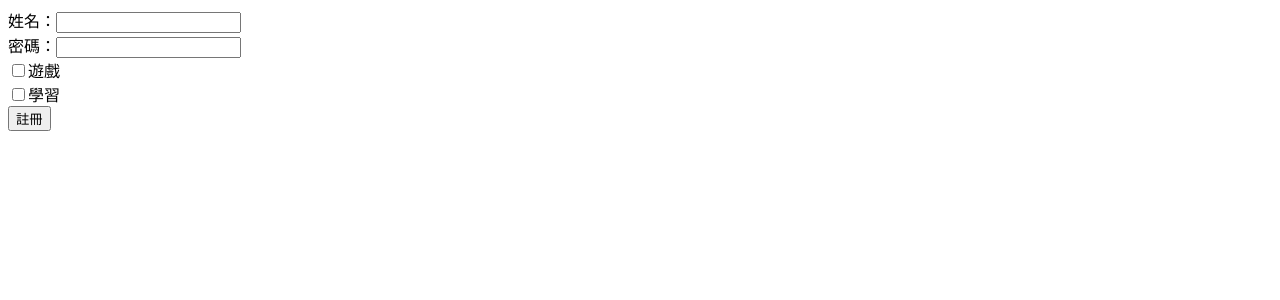
Repository: sc1314520/oce-test
Page: EE/src/main/webapp/html/register2.html
An editor plug-in stored every save of this project. The page is shown before and after the next save, followed by the edit.
The browser window is 1280 px wide. The pictures show the whole page.

Above is the page before, as saved 2022-12-27 10:10:23.

### EE/src/main/webapp/html/register2.html
<!DOCTYPE html>
<html>
<head>
<meta charset="UTF-8">
<title>Insert title here</title>
</head>
<body>
	<form action="/EE/request6" method="post">
		姓名：<input type="text" name="username"><br>
		密碼：<input type="text" name="password"><br>
		<input type="checkbox" name="hobby" value="game">遊戲 <br>
		<input type="checkbox" name="hobby" value="study">學習 <br>
		<input type="submit" value="註冊">
	</form>
</body>
</html>

After the next save:
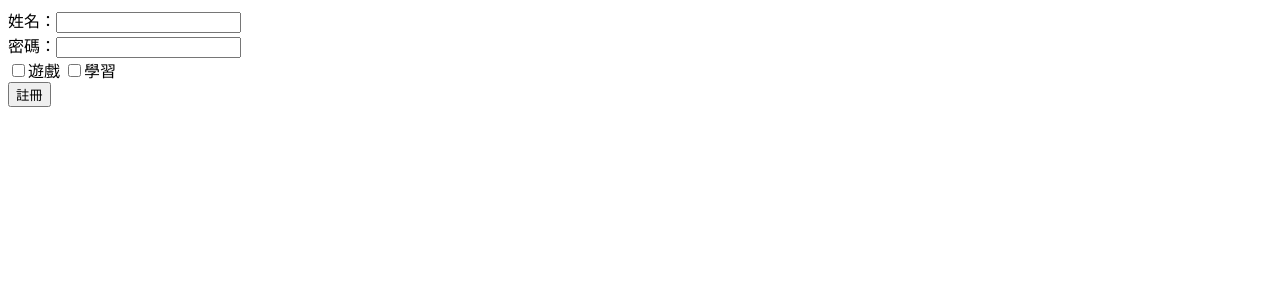
Saved 15 s later.
--- a/EE/src/main/webapp/html/register2.html
+++ b/EE/src/main/webapp/html/register2.html
@@ -8,7 +8,7 @@
 	<form action="/EE/request6" method="post">
 		姓名：<input type="text" name="username"><br>
 		密碼：<input type="text" name="password"><br>
-		<input type="checkbox" name="hobby" value="game">遊戲 <br>
+		<input type="checkbox" name="hobby" value="game">遊戲
 		<input type="checkbox" name="hobby" value="study">學習 <br>
 		<input type="submit" value="註冊">
 	</form>
